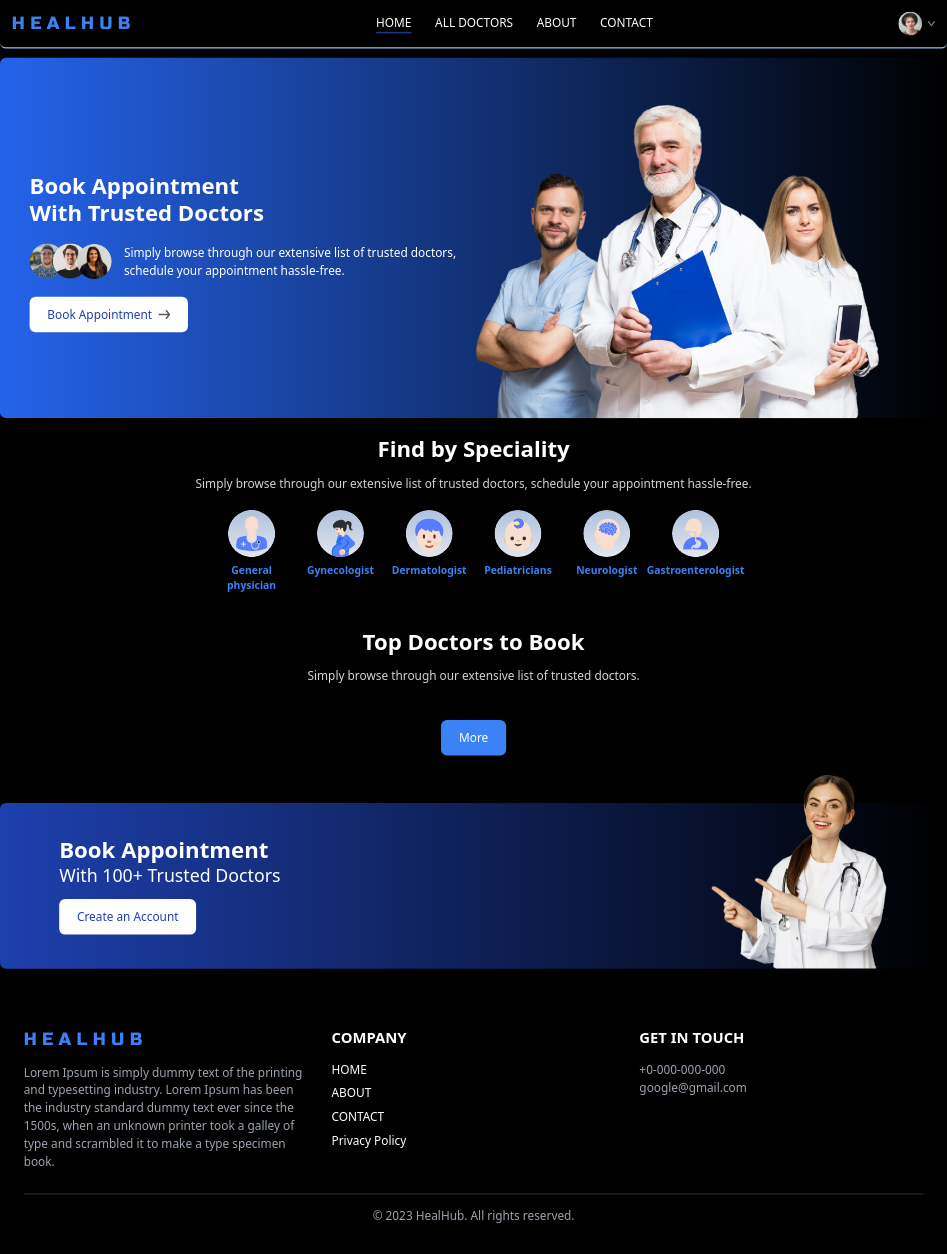
Repository: sriram1224/HEALHUB
Page: / (app in frontend/)
The author's editor kept a copy of each file at every save. The page is drawn from the files as they stood at one save, then again after the next save.
The browser window is 1280 px wide. The pictures show the whole page, at 74% of full size.
The page's requests for data from a server got no answer. The project was rebuilt for these pictures with package versions that can differ from the ones it lists, and the page was loaded fresh each time. No one was signed in, and anything a server would have sent is missing. Also part of the build but not shown: frontend/vite.config.js, frontend/src/pages/Doctors.jsx, frontend/src/pages/About.jsx, frontend/src/pages/MyProfile.jsx, frontend/src/pages/Contact.jsx, frontend/src/pages/MyAppointments.jsx, frontend/src/pages/Login.jsx, frontend/src/components/RelatedDoctors.jsx and 1 more.

Above is the page before, as saved 2024-11-29 03:25:08.

After the next save:
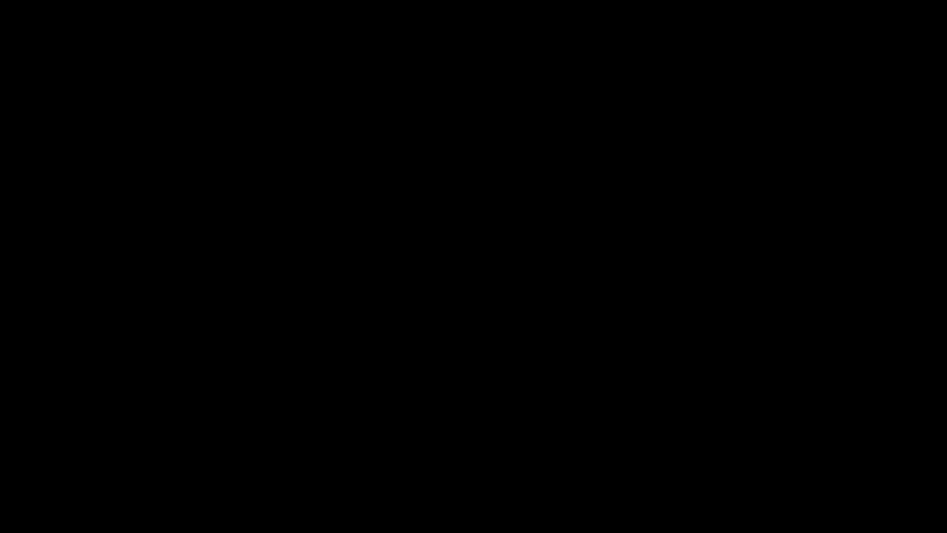
Console error: ReferenceError: useEffect is not defined
Saved 28 s later.
--- a/frontend/src/context/AppContext.jsx
+++ b/frontend/src/context/AppContext.jsx
@@ -23,6 +23,9 @@
       console.error(err);
     }
   };
+  useEffect(() => {
+    getDoctors();
+  });
 
   return (
     <AppContext.Provider value={value}>{props.children}</AppContext.Provider>

After the 4 saves that followed:
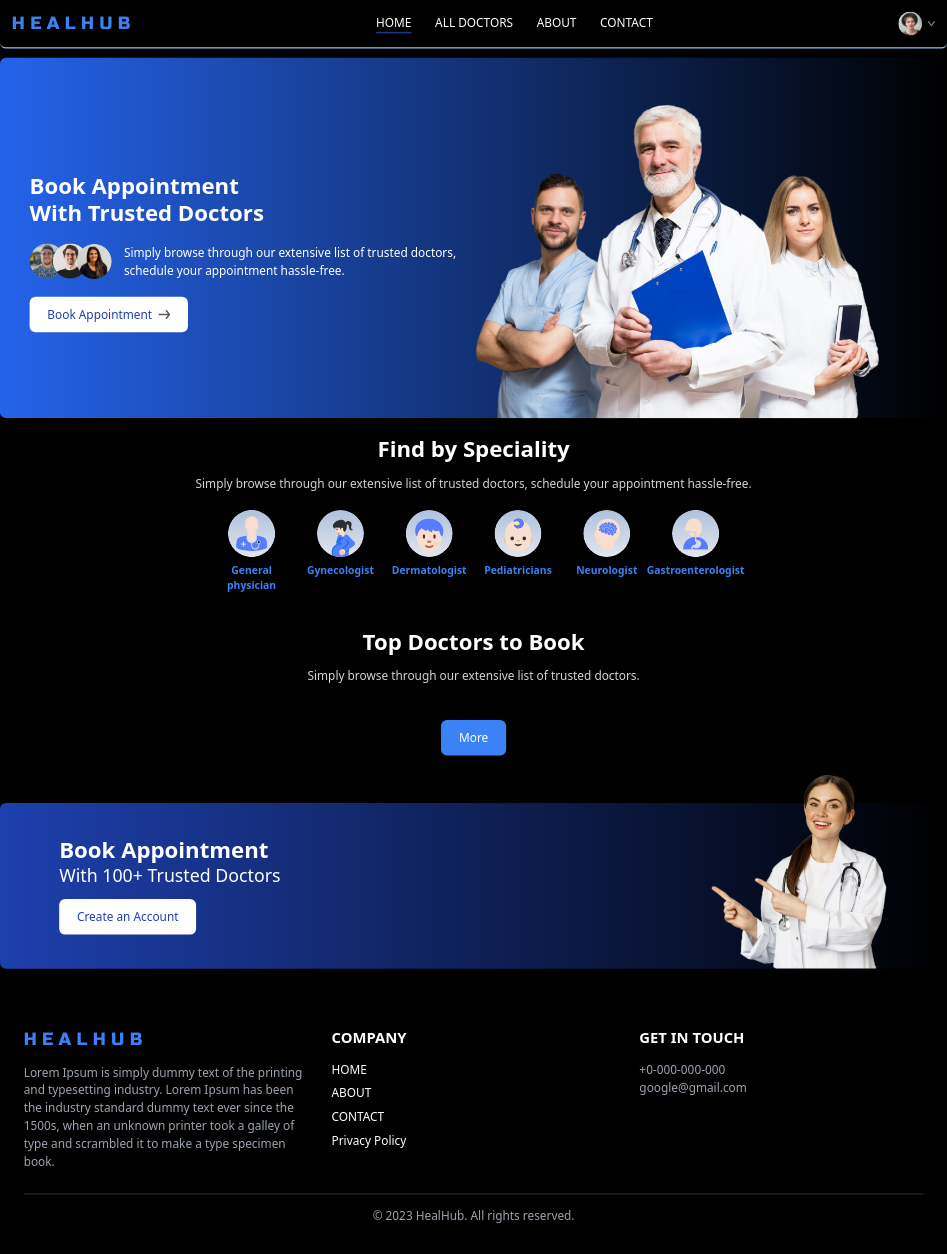
The error is gone.
The 4 saves are shown as one change because 3 left the picture as it was.
The last was saved 5 min 1 s later.
--- a/frontend/src/context/AppContext.jsx
+++ b/frontend/src/context/AppContext.jsx
@@ -3,6 +3,8 @@
 import { doctors, appointments } from "../assets/assets";
 import axios from "axios";
 import { useState } from "react";
+import { useEffect } from "react";
+import { toast } from "react-toastify";
 
 export const AppContext = createContext();
 
@@ -21,11 +23,12 @@
       }
     } catch (err) {
       console.error(err);
+      toast.error(err.message);
     }
   };
   useEffect(() => {
-    getDoctors();
-  });
+    getDoctorsData();
+  }, []);
 
   return (
     <AppContext.Provider value={value}>{props.children}</AppContext.Provider>
